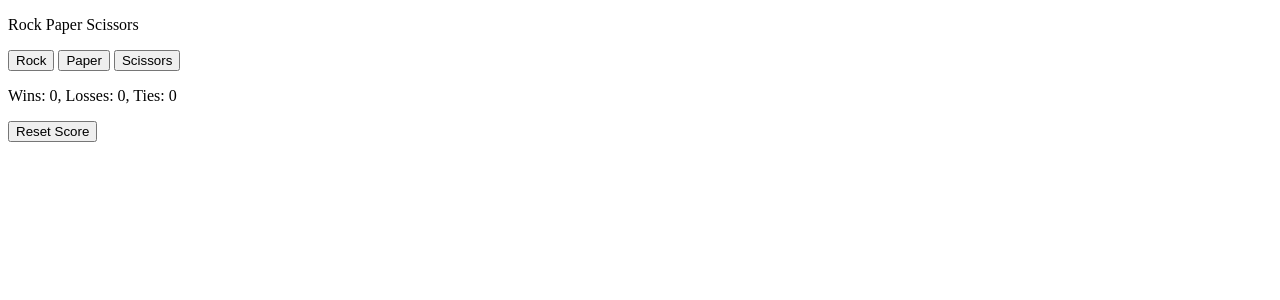
Repository: Samkiroko/Javascript-course
Page: 09-rock-paper-scissior.html
These files come from the project's save history. The page is drawn as it stood at one moment and after the next save; the edit follows.
The browser window is 1280 px wide. The pictures show the whole page.

Above is the page before, as saved 2023-08-25 19:08:44.

After the next save:
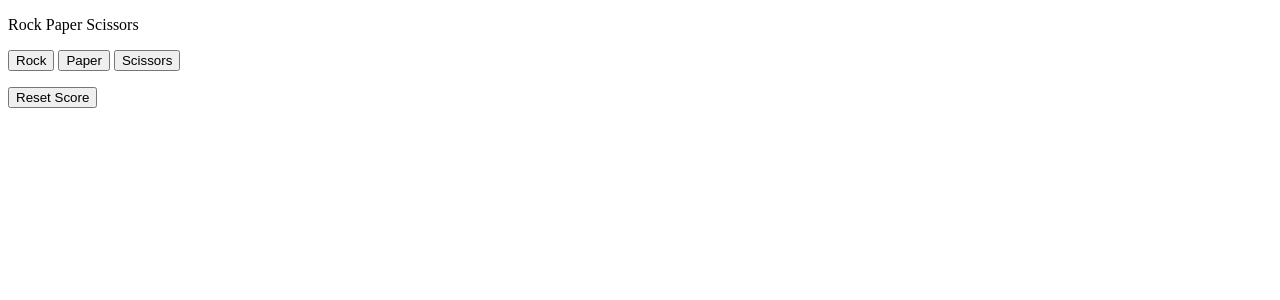
Console error: SyntaxError: Unexpected end of input
Saved 101 s later.
--- a/09-rock-paper-scissior.html
+++ b/09-rock-paper-scissior.html
@@ -103,9 +103,7 @@
 
         localStorage.setItem('score', JSON.stringify(score));
 
-        alert(`You picked ${playerMove}. Computer picked ${computerMove}. ${result}
-Wins: ${score.wins}, Losses: ${score.losses}, Ties: ${score.ties}`);
-      }
+
 
       function pickComputerMove() {
         const randomNumber = Math.random();

After the save that followed:
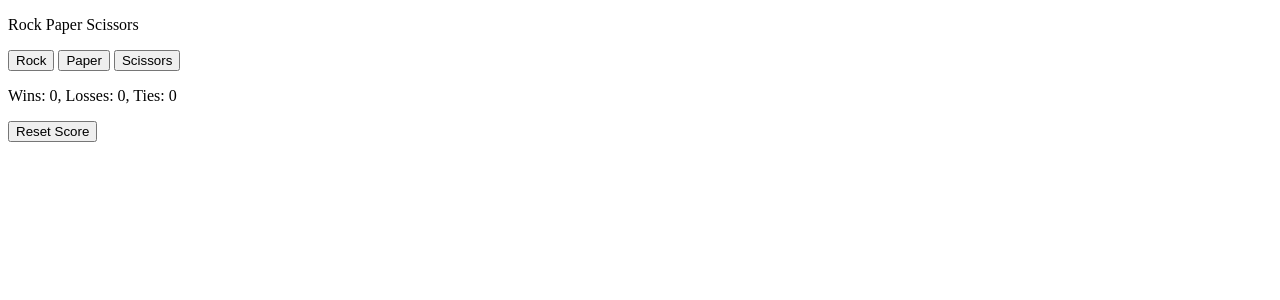
The error is gone.
Saved 67 s later.
--- a/09-rock-paper-scissior.html
+++ b/09-rock-paper-scissior.html
@@ -103,7 +103,9 @@
 
         localStorage.setItem('score', JSON.stringify(score));
 
-
+        alert(`You picked ${playerMove}. Computer picked ${computerMove}. ${result}
+Wins: ${score.wins}, Losses: ${score.losses}, Ties: ${score.ties}`);
+      }
 
       function pickComputerMove() {
         const randomNumber = Math.random();
